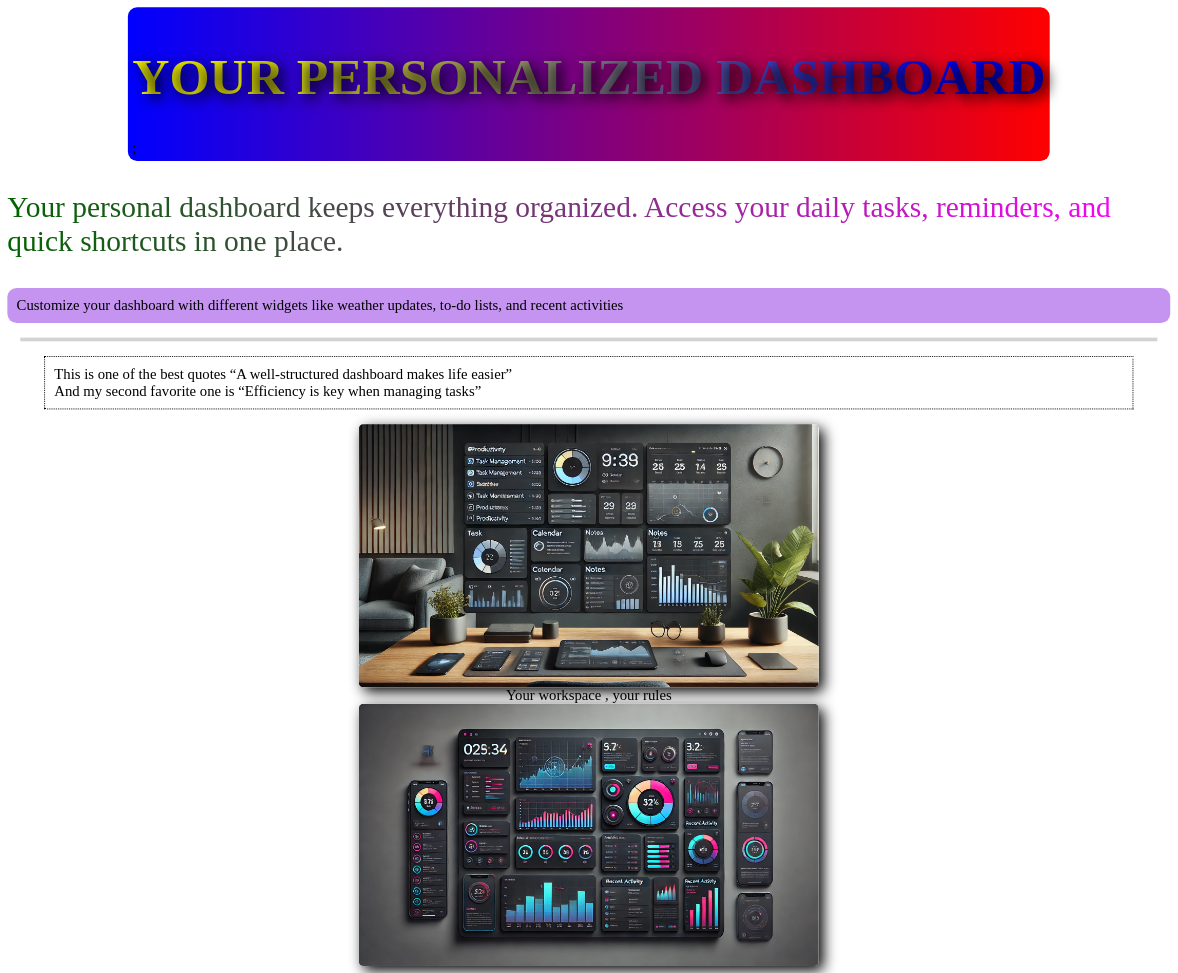
Repository: Parnicoza/testecomplete
Page: testcomplet-14.html
An editor plug-in stored every save of this project. The page is shown before and after the next save, followed by the edit.
The browser window is 1280 px wide. The pictures show the whole page, at 92% of full size.

Above is the page before, as saved 2025-02-24 18:08:10.

### testcomplet-14.html
<!DOCTYPE html>
<html lang="en">
    <head>
        <title>Personal Dashboard</title>
        <link rel="stylesheet" href="stilizaretestcomplet-14.css">
        <link rel="icon" href="imaginitestecomplete/dashboard.ico">
    </head>
    <body>
        <div class="background-for-the-heading">
         <h1 class="main-heading">Your Personalized Dashboard</h1>;
        </div>

        <p class="paragraph-gradient">Your personal dashboard keeps everything organized. Access your daily tasks, reminders, and quick shortcuts in one place.</p>

        <p class="semi-transparent-background">Customize your dashboard with different widgets like weather updates, to-do lists, and recent activities</p>

        <hr class="divider">

        <blockquote class="quote">
           This is one of the best quotes <q>A well-structured dashboard makes life easier</q> <br>
           And my second favorite one is <q>Efficiency is key when managing tasks</q>
        </blockquote>

        <img src="imaginitestecomplete/productivity.jpg" alt="productivity image" width="500 px" class="image" title="Productivity image">

        <picture class="picture">
            <source media="(min-width: 800px)" srcset="imaginitestecomplete/dashboard.jpg">
            <source media="(min-width: 600px)" srcset="imaginitestecomplete/dashboardfortablets.jpg">
            <source media="(min-width: 400px)" srcset="imaginitestecomplete/dashboardformobile.jpg">
            <div style="text-align: center;">
             <caption class="caption">Your workspace , your rules</caption>
            </div>
            <img src="imaginitestecomplete/dashboardfallback.jpg" alt="dashboard image" width="500 px" class="image" title="Dashboard image">
        </picture>


    </body>
</html>

### stilizaretestcomplet-14.css
.main-heading{
    text-align: center;
    text-transform: uppercase;
    text-shadow: 5px 5px 15px black;
    font-size: 3.5em;
    background: linear-gradient(to right, yellow 0%, yellow 10%, blue 90%, blue 100%);
    background-clip: text;
    color: transparent;
}

.background-for-the-heading{
    background: linear-gradient(to right, blue, red);
    width: fit-content;
    margin: auto;
    padding: 5px;
    border-radius: 10px;
}

.paragraph-gradient{
    background: linear-gradient(to right, darkgreen, magenta);
    background-clip: text;
    color: transparent;
    font-size: 2em;
}

.semi-transparent-background{
    background-color: rgba(138, 43, 226, 0.5);
    border-radius: 10px;
    padding: 10px;
    color: black;
}
.quote{
    border: 1px dotted black;
    padding: 10px;
}

.divider{
    border: none;
    height: 4px;
    background-color: lightgray;
    border: 3pz dotted black;
    margin: 14px;

}

.image{
    border-radius: 5px;
    box-shadow: 5px 5px 15px black;
    display: block;
    margin: 0 auto;
}

.caption{
    text-align: center;
    font-style: italic;
    font-size: 1.5em;
    display: block;
    margin: 0 auto;
    width: 100%;
}

After the next save:
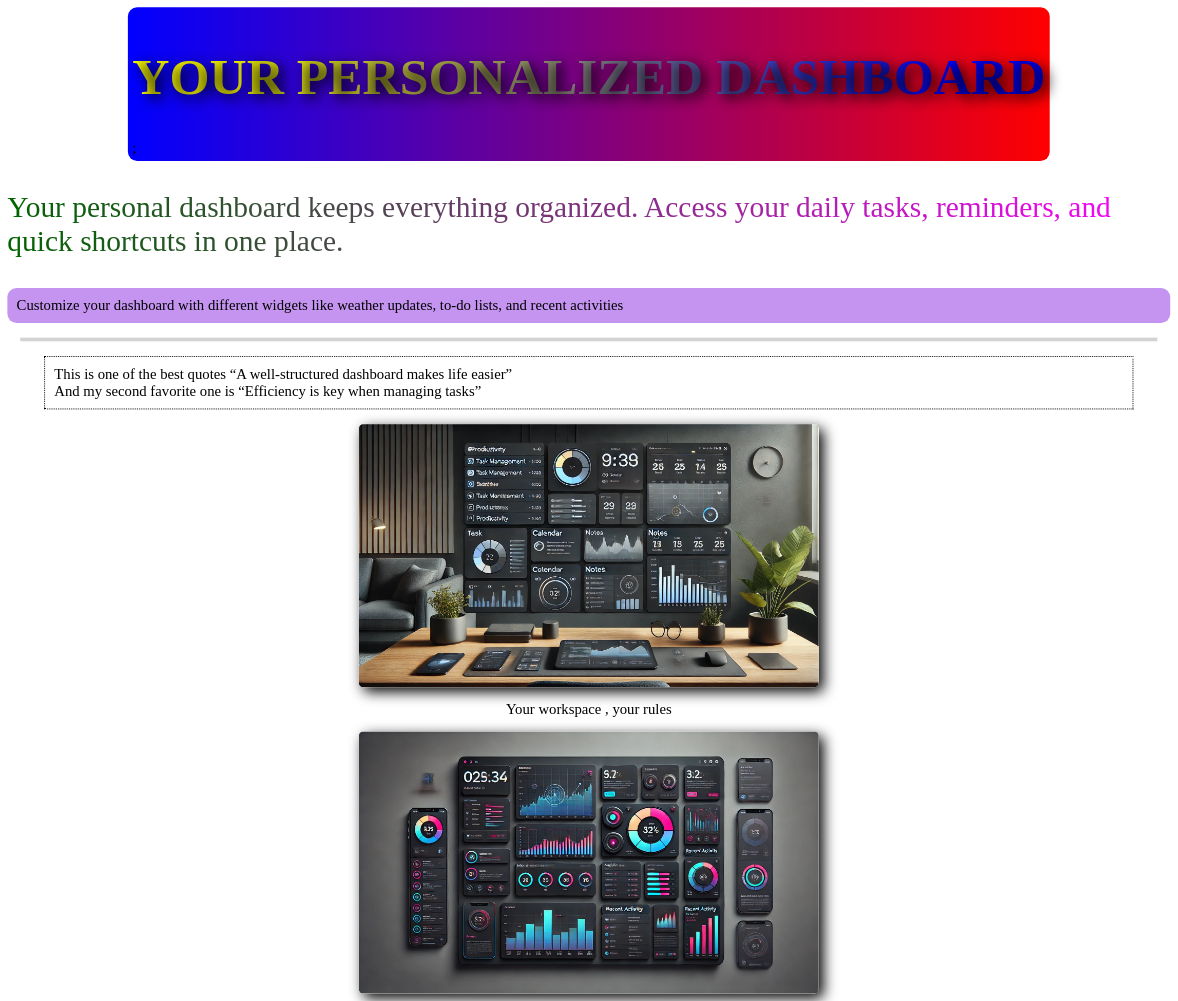
Saved 33 s later.
--- a/testcomplet-14.html
+++ b/testcomplet-14.html
@@ -27,7 +27,7 @@
             <source media="(min-width: 800px)" srcset="imaginitestecomplete/dashboard.jpg">
             <source media="(min-width: 600px)" srcset="imaginitestecomplete/dashboardfortablets.jpg">
             <source media="(min-width: 400px)" srcset="imaginitestecomplete/dashboardformobile.jpg">
-            <div style="text-align: center;">
+            <div style="text-align: center; margin: 15px;">
              <caption class="caption">Your workspace , your rules</caption>
             </div>
             <img src="imaginitestecomplete/dashboardfallback.jpg" alt="dashboard image" width="500 px" class="image" title="Dashboard image">
